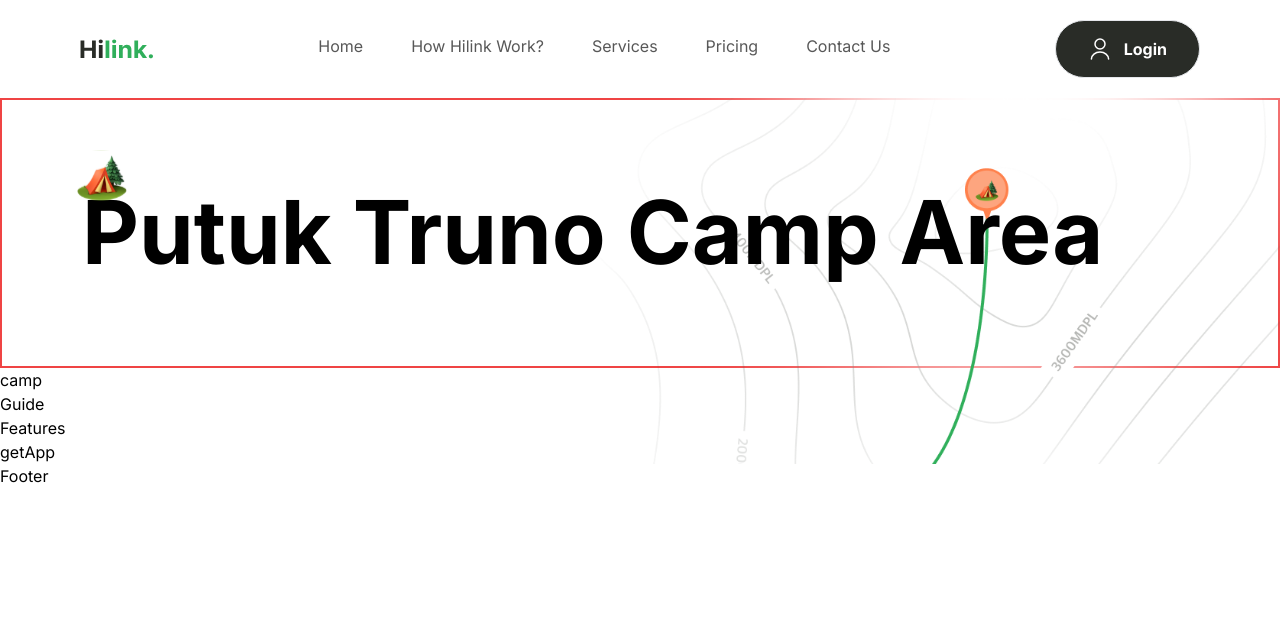
Repository: tarun4141/travel-app
Page: /
An editor plug-in stored every save of this project. The page is shown before and after the next save, followed by the edit.
The browser window is 1280 px wide. The pictures show the whole page.
The project was rebuilt for these pictures with package versions that can differ from the ones it lists, and the page was loaded fresh each time. The framework's server and built-in components were replaced by stand-ins that run in the browser. Also part of the build but not shown: next.config.mjs.

Above is the page before, as saved 2024-06-23 02:47:54.

### app/layout.tsx
import type { Metadata } from "next";

import "./globals.css";
import Navbar from "@/components/Navbar";
import Footer from "@/components/Footer";



export const metadata: Metadata = {
  title: "Travel App",
  description: "Travel next app",
};

export default function RootLayout({
  children,
}: Readonly<{
  children: React.ReactNode;
}>) {
  return (
    <html lang="en">

      <body >

      <Navbar/>
      <main className="relative overflow-hidden">
      {children}

      </main>

      <Footer/>
      </body>
    </html>
  );
}

### app/page.tsx
import Camp from "@/components/Camp";
import Features from "@/components/Features";
import GetApp from "@/components/GetApp";
import Guide from "@/components/Guide";
import Hero from "@/components/Hero";


export default function Home() {
  return (
  <>
  <Hero/>
  <Camp/>
  <Guide/>
  <Features/>
  <GetApp/>

  </>
  );
}

### components/Navbar.tsx
import { NAV_LINKS } from '@/constants'
import Image from 'next/image'
import Link from 'next/link'
import React from 'react'
import Button from './Button'

const Navbar = () => {
  return (
   <nav className='
  flexBetween max-container
  padding-container
  relative z-30 py-5 '>
   <Link href="/">
   <Image src="/hilink-logo.svg"
   alt='logo'
   width={74}
   height={29}
   />


   </Link>
   <ul className='hidden h-full gap-12 lg:flex'>

   {NAV_LINKS.map((link)=>(
      <Link href={link.href} key={link.key}
      className='regular-16 text-gray-50 flexCenter cursor-pointer pb-1.5 transition-all hover:font-bold '>
      {link.label}
      </Link>
   ))}


 </ul>

<div className='lg:flexCenter hidden'>
   <Button
   type="button"
   title="Login"
   icon="/user.svg"
   variant="btn_dark_green"
   />
</div>
<Image
src="menu.svg"
alt='menu'
width={32}
height={32}
className='inline-block cursor-pointer lg:hidden'

/>



   </nav>
  )
}

export default Navbar

### components/Camp.tsx
import React from 'react'

const Camp = () => {
  return (
    <div>
      camp
    </div>
  )
}

export default Camp

### components/Features.tsx
import React from 'react'

const Features = () => {
  return (
    <div>
      Features
    </div>
  )
}

export default Features

### components/GetApp.tsx
import React from 'react'

const GetApp = () => {
  return (
    <div>
      getApp
    </div>
  )
}

export default GetApp

### components/Guide.tsx
import React from 'react'

const Guide = () => {
  return (
    <div>
      Guide
    </div>
  )
}

export default Guide

### components/Hero.tsx
import Image from 'next/image'
import React from 'react'

const Hero = () => {
  return (
    <section className='max-container padding-container flex flex-col
    gap-20 py-10 pb-32 md:gap-28 lg:py-20 xl:flex-row border-2
     border-red-500'>

        <div className='hero-map'></div>

        <div className='relative z-20 flex flex-1 flex-col xl:w-1/2' >
        <Image
        src="/camp.svg"
        alt='camp'
        width={50}
        height={50}
        className='absolute left-[-5px] top-[-30px] w-10 lg:w-[50px]'
        />
        <h1 className='bold-52 lg:bold-88'>Putuk Truno Camp Area</h1>

        </div>



    </section>
  )
}

export default Hero

### constants/index.ts
//NAVIGATION
export const NAV_LINKS = [
    { href: '/', key: 'home', label: 'Home' },
    { href: '/', key: 'how_hilink_work', label: 'How Hilink Work?' },
    { href: '/', key: 'services', label: 'Services' },
    { href: '/', key: 'pricing ', label: 'Pricing ' },
    { href: '/', key: 'contact_us', label: 'Contact Us' },
  ];

  // CAMP SECTION
  export const PEOPLE_URL = [
    '/person-1.png',
    '/person-2.png',
    '/person-3.png',
    '/person-4.png',
  ];

  // FEATURES SECTION
  export const FEATURES = [
    {
      title: 'Real maps can be offline',
      icon: '/map.svg',
      variant: 'green',
      description:
        'We provide a solution for you to be able to use our application when climbing, yes offline maps you can use at any time there is no signal at the location',
    },
    {
      title: 'Set an adventure schedule',
      icon: '/calendar.svg',
      variant: 'green',
      description:
        "Schedule an adventure with friends. On holidays, there are many interesting offers from Hilink. That way, there's no more discussion",
    },
    {
      title: 'Technology using augment reality',
      icon: '/tech.svg',
      variant: 'green',
      description:
        'Technology uses augmented reality as a guide to your hiking trail in the forest to the top of the mountain. Already supported by the latest technology without an internet connection',
    },
    {
      title: 'Many new locations every month',
      icon: '/location.svg',
      variant: 'orange',
      description:
        'Lots of new locations every month, because we have a worldwide community of climbers who share their best experiences with climbing',
    },
  ];

  // FOOTER SECTION
  export const FOOTER_LINKS = [
    {
      title: 'Learn More',
      links: [
        'About Hilink',
        'Press Releases',
        'Environment',
        'Jobs',
        'Privacy Policy',
        'Contact Us',
      ],
    },
    {
      title: 'Our Community',
      links: ['Climbing xixixi', 'Hiking hilink', 'Hilink kinthill'],
    },
  ];

  export const FOOTER_CONTACT_INFO = {
    title: 'Contact Us',
    links: [
      { label: 'Admin Officer', value: '123-456-7890' },
      { label: 'Email Officer', value: 'hilink@akinthil.com' },
    ],
  };

  export const SOCIALS = {
    title: 'Social',
    links: [
      '/facebook.svg',
      '/instagram.svg',
      '/twitter.svg',
      '/youtube.svg',
      '/wordpress.svg',
    ],
  };

### components/Button.tsx
import Image from "next/image";


type ButtonProps ={
  type: "button"|"submit";
  title:string;
  icon?:string;
  variant:'btn_dark_green'
}

const Button = ({type,title,icon,variant}:ButtonProps) => {
  return (
    <button
    className={`flexCenter gap-3 rounded-full border ${variant}`}

    type={type}>

        {icon && <Image src={icon} alt={title} width={24} height={24} />}
   <label className="bold-16 whitespace-nowrap">{title}</label>

    </button>

  )
}

export default Button

Loaded but not shown: app/globals.css (common file); components/Footer.tsx (common file); tailwind.config.ts (common file)

After the next save:
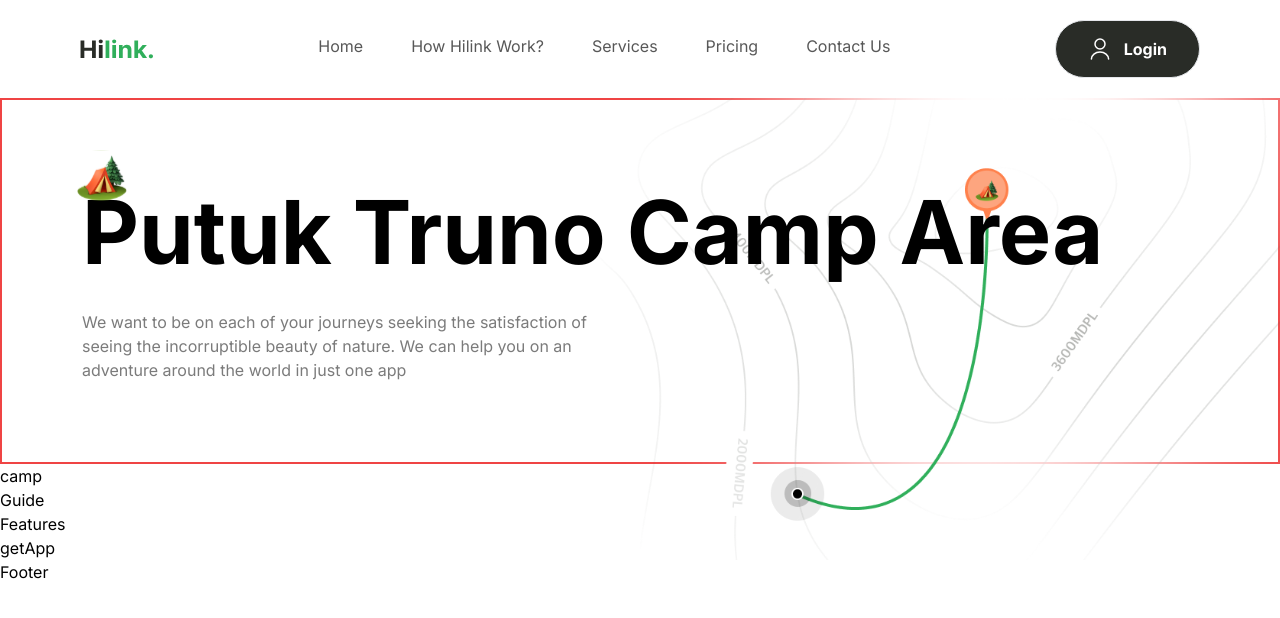
Saved 28 s later.
--- a/components/Hero.tsx
+++ b/components/Hero.tsx
@@ -18,7 +18,9 @@
         className='absolute left-[-5px] top-[-30px] w-10 lg:w-[50px]'
         />
         <h1 className='bold-52 lg:bold-88'>Putuk Truno Camp Area</h1>
-
+        <p className="regular-16 mt-6 text-gray-30 xl:max-w-[520px]">
+          We want to be on each of your journeys seeking the satisfaction of seeing the incorruptible beauty of nature. We can help you on an adventure around the world in just one app
+        </p>
         </div>
 
 
